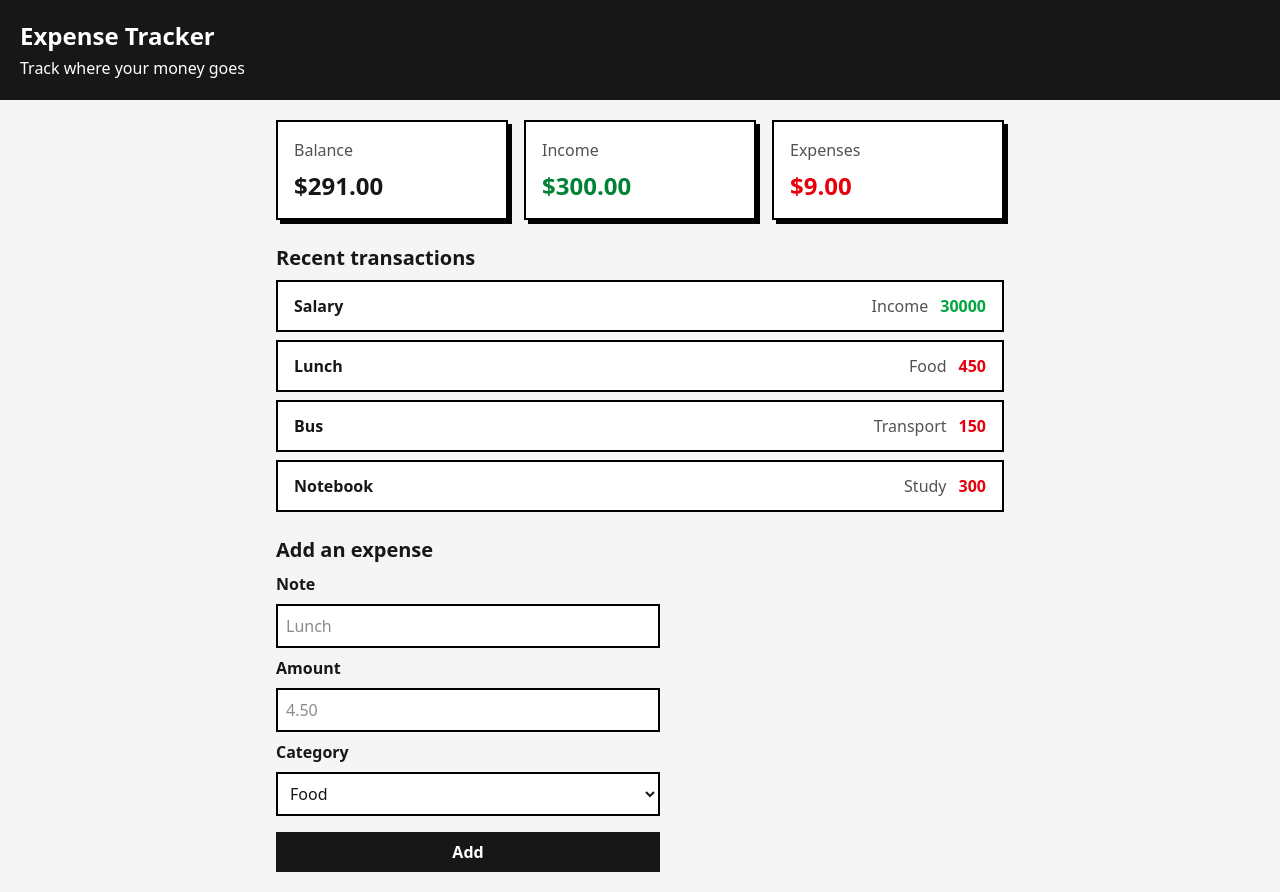
Repository: Keanbunheng/html-basics-Day1_AI
Page: expense-tracker-w2-d4-start/index.html
These files come from the project's save history. The page is drawn as it stood at one moment and after a run of saves; the edit follows.
The browser window is 1280 px wide. The pictures show the whole page.

Above is the page before, as saved 2026-11-17 21:09:36.

### expense-tracker-w2-d4-start/index.html
<!doctype html>
<html lang="en">
  <head>
    <meta charset="UTF-8" />
    <meta name="viewport" content="width=device-width, initial-scale=1.0" />
    <title>Expense Tracker</title>
    <script src="https://cdn.jsdelivr.net/npm/@tailwindcss/browser@4.1.18"></script>
  </head>
  <body class="bg-neutral-100 text-neutral-900">
    <header class="bg-neutral-900 p-5 text-white">
      <h1 class="mb-1 text-2xl font-bold">Expense Tracker</h1>
      <p>Track where your money goes</p>
    </header>

    <main class="mx-auto max-w-3xl p-5">
      <section class="mb-6 flex flex-col gap-4 sm:flex-row">
        <div
          class="flex-1 border-2 border-black bg-white p-4 shadow-[4px_4px_0_#000]"
        >
          <p class="mb-2 text-neutral-600">Balance</p>
          <p class="text-2xl font-bold">$291.00</p>
        </div>
        <div
          class="flex-1 border-2 border-black bg-white p-4 shadow-[4px_4px_0_#000]"
        >
          <p class="mb-2 text-neutral-600">Income</p>
          <p class="text-2xl font-bold text-green-700">$300.00</p>
        </div>
        <div
          class="flex-1 border-2 border-black bg-white p-4 shadow-[4px_4px_0_#000]"
        >
          <p class="mb-2 text-neutral-600">Expenses</p>
          <p class="text-2xl font-bold text-red-600">$9.00</p>
        </div>
      </section>

      <section class="mb-6">
        <h2 class="mb-2 text-xl font-bold">Recent transactions</h2>
        <ul id="list-container">
          <li
            class="mb-2 flex flex-col gap-1 border-2 border-black bg-white px-4 py-3 sm:flex-row sm:justify-between sm:gap-3"
          >
            <span class="flex-1 font-semibold">Salary</span>
            <span class="text-neutral-600">Income</span>
            <span class="font-bold text-green-700">+$300.00</span>
          </li>
          <li
            class="mb-2 flex flex-col gap-1 border-2 border-black bg-white px-4 py-3 sm:flex-row sm:justify-between sm:gap-3"
          >
            <span class="flex-1 font-semibold">Lunch</span>
            <span class="text-neutral-600">Food</span>
            <span class="font-bold text-red-600">-$4.50</span>
          </li>
          <li
            class="mb-2 flex flex-col gap-1 border-2 border-black bg-white px-4 py-3 sm:flex-row sm:justify-between sm:gap-3"
          >
            <span class="flex-1 font-semibold">Bus</span>
            <span class="text-neutral-600">Transport</span>
            <span class="font-bold text-red-600">-$1.50</span>
          </li>
          <li
            class="mb-2 flex flex-col gap-1 border-2 border-black bg-white px-4 py-3 sm:flex-row sm:justify-between sm:gap-3"
          >
            <span class="flex-1 font-semibold">Notebook</span>
            <span class="text-neutral-600">Study</span>
            <span class="font-bold text-red-600">-$3.00</span>
          </li>
        </ul>
      </section>

      <section>
        <h2 class="mb-2 text-xl font-bold">Add an expense</h2>
        <form class="flex max-w-sm flex-col gap-2" id="input">
          <label for="note" class="font-semibold">Note</label>
          <input
            id="note"
            type="text"
            placeholder="Lunch"
            class="border-2 border-black bg-white p-2"
          />

          <label for="amount" class="font-semibold">Amount</label>
          <input
            id="amount"
            type="number"
            step="0.01"
            placeholder="4.50"
            class="border-2 border-black bg-white p-2"
          />

          <label for="category" class="font-semibold">Category</label>
          <select id="category" class="border-2 border-black bg-white p-2">
            <option>Food</option>
            <option>Transport</option>
            <option>Study</option>
            <option>Other</option>
          </select>

          <button
            type="submit"
            class="mt-2 bg-neutral-900 p-2 font-semibold text-white"
            id="Button"
          >
            Add
          </button>
        </form>
      </section>
    </main>
    <script src="app.js"></script>
  </body>
</html>

### expense-tracker-w2-d4-start/app.js
const transactions = [
  {
    id: 1,
    note: 'Salary',
    category: 'Income',
    type: 'income',
    amountCents: 30000,
  },
  { id: 2, note: 'Lunch', category: 'Food', type: 'expense', amountCents: 450 },
  {
    id: 3,
    note: 'Bus',
    category: 'Transport',
    type: 'expense',
    amountCents: 150,
  },
  {
    id: 4,
    note: 'Notebook',
    category: 'Study',
    type: 'expense',
    amountCents: 300,
  },
];

function formatMoney(cents) {
  const sign = cents < 0 ? '-' : '';
  return sign + '$' + (Math.abs(cents) / 100).toFixed(2);
}

function totalCents(list) {
  return list.reduce((sum, tx) => sum + tx.amountCents, 0);
}

function filterByCategory(list, category) {
  return list.filter((tx) => tx.category === category);
}

function filterByType(list, type) {
  return list.filter((tx) => tx.type === type);
}

function summarize(list) {
  const incomeCents = totalCents(filterByType(list, 'income'));
  const expensesCents = totalCents(filterByType(list, 'expense'));
  return {
    incomeCents: incomeCents,
    expensesCents: expensesCents,
    balanceCents: incomeCents - expensesCents,
  };
}

function addTransaction(list, tx) {
  return [...list, tx];
}

// Practice 2 — the AI's totalExpenses, reviewed and fixed:
// whole cents, no off-by-one loop, no duplicated work.
function totalExpenses(list) {
  return totalCents(filterByType(list, 'expense'));
}

const notes = transactions.map((tx) => tx.note);

console.log(formatMoney(transactions[1].amountCents));

// ----- Checks -----
function check(name, actual, expected) {
  const ok = actual === expected;
  console.log(
    ok ? '✓' : '✗',
    name,
    ok ? '' : `(expected ${expected}, got ${actual})`,
  );
}

check('format 450', formatMoney(450), '$4.50');
check('total of all', totalCents(transactions), 30900);
check('Food count', filterByCategory(transactions, 'Food').length, 1);
check('expense count', filterByType(transactions, 'expense').length, 3);
check('balance', summarize(transactions).balanceCents, 29100);
check(
  'new length',
  addTransaction(transactions, {
    id: 5,
    note: 'Coffee',
    category: 'Food',
    type: 'expense',
    amountCents: 250,
  }).length,
  5,
);
check('notes', notes.join(','), 'Salary,Lunch,Bus,Notebook');
check('total expenses', totalExpenses(transactions), 900);

// Edge cases
check('total of empty list', totalCents([]), 0);
check('total expenses of empty list', totalExpenses([]), 0);
check('original list not changed', transactions.length, 4); // after addTransaction

const lists = document.querySelector('#list-container');
lists.innerHTML = transactions
  .map((ele) => {
    let isExpense = true;
    if (ele.type != 'expense') {
      isExpense = false;
    }
    return `
  <li class="mb-2 flex flex-col gap-1 border-2 border-black bg-white px-4 py-3 sm:flex-row sm:justify-between sm:gap-3">
    <span class="flex-1 font-semibold">${ele.note}</span>
    <span class="text-neutral-600">${ele.category}</span>
    <span class="font-bold ${isExpense ? 'text-red-600' : 'text-green-600'}">${ele.amountCents}</span>
  </li>
`;
  })
  .join('');

console.log(lists);

After the next 2 saves:
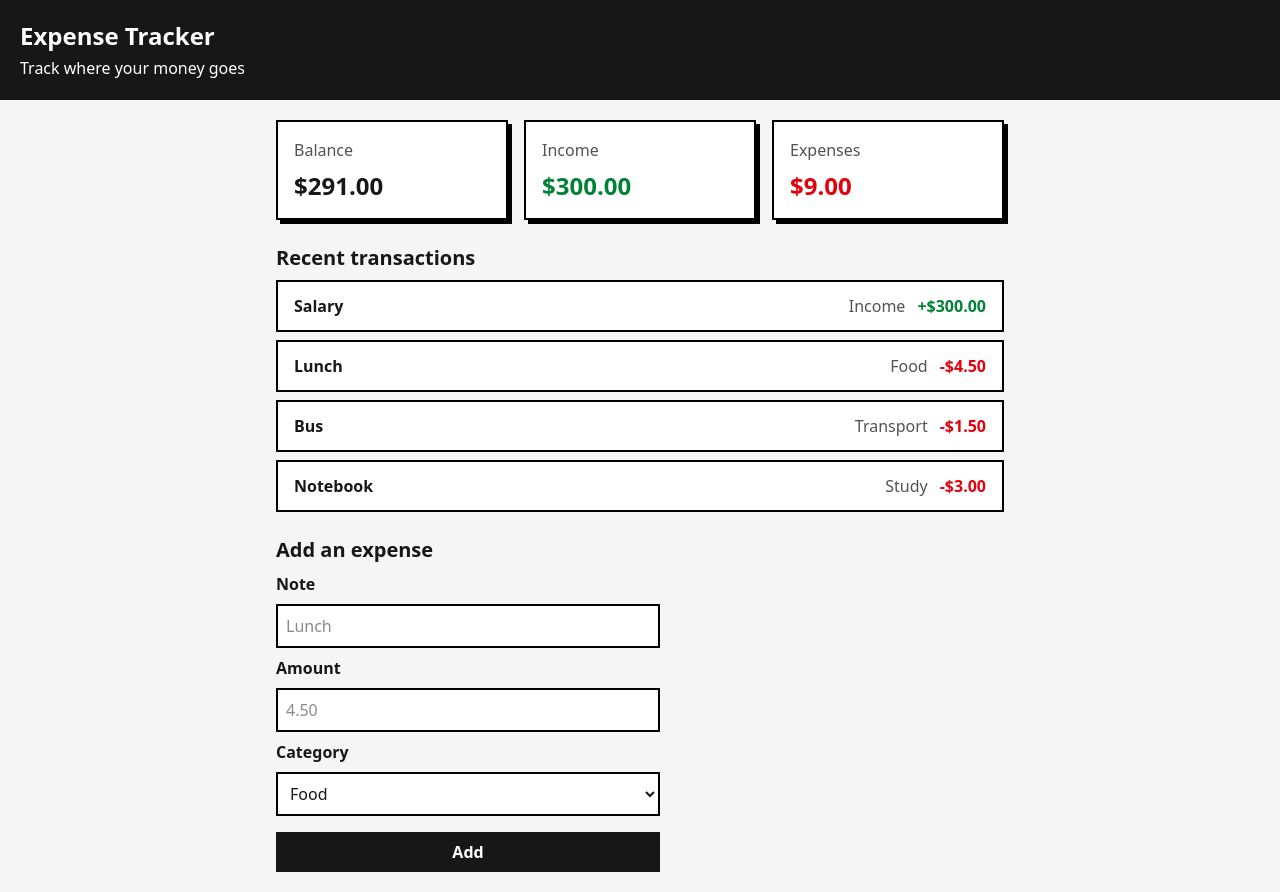
Console error: ReferenceError: is is not defined
The 2 saves are shown as one change because they came seconds apart.
The last was saved 33 s later.
--- a/expense-tracker-w2-d4-start/app.js
+++ b/expense-tracker-w2-d4-start/app.js
@@ -109,7 +109,7 @@ lists.innerHTML = transactions
   <li class="mb-2 flex flex-col gap-1 border-2 border-black bg-white px-4 py-3 sm:flex-row sm:justify-between sm:gap-3">
     <span class="flex-1 font-semibold">${ele.note}</span>
     <span class="text-neutral-600">${ele.category}</span>
-    <span class="font-bold ${isExpense ? 'text-red-600' : 'text-green-600'}">${ele.amountCents}</span>
+    <span class="font-bold ${isExpense ? 'text-red-600' : 'text-green-600'}">${is}$${ele.amountCents}</span>
   </li>
 `;
   })

After the 2 saves that followed:
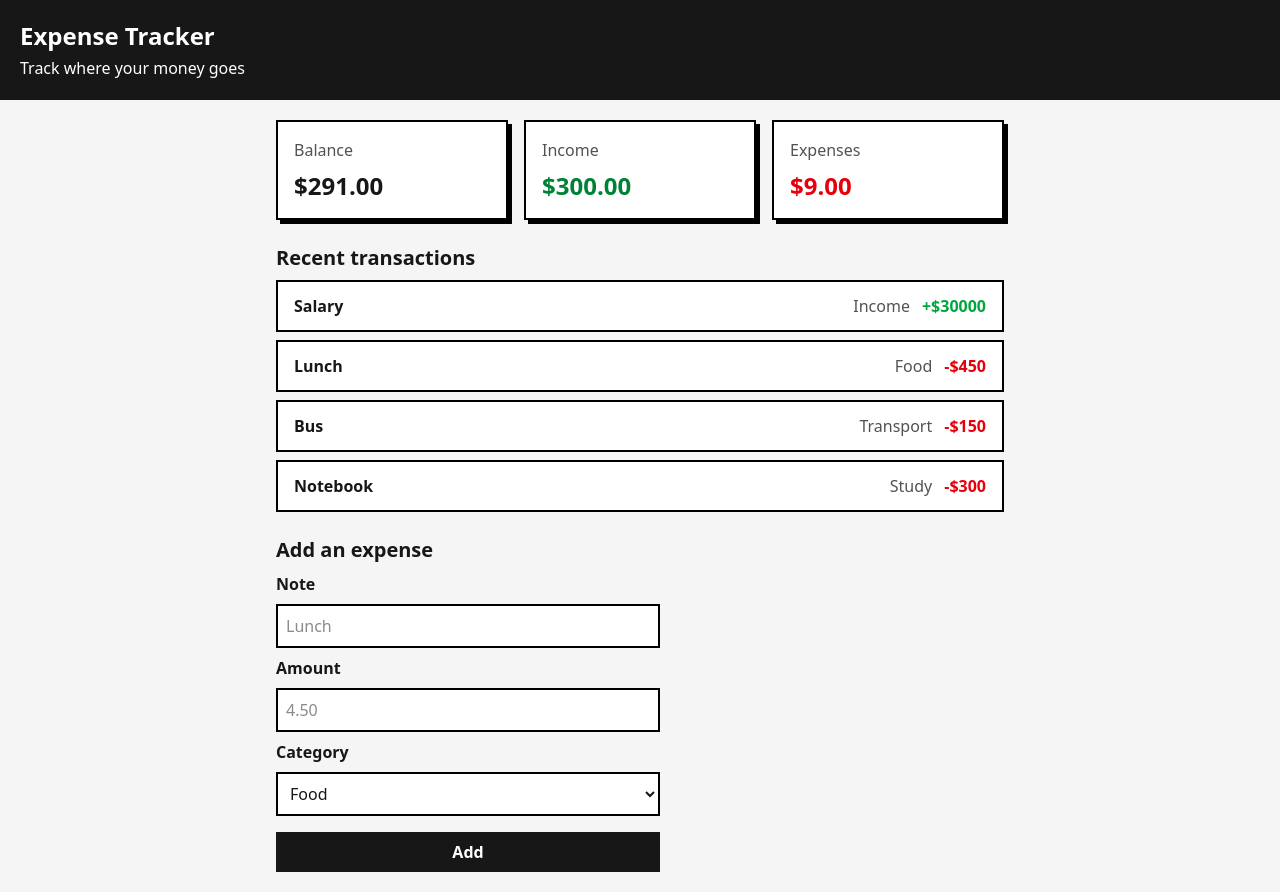
The error is gone.
The 2 saves are shown as one change because 1 left the picture as it was.
The last was saved 13 s later.
--- a/expense-tracker-w2-d4-start/app.js
+++ b/expense-tracker-w2-d4-start/app.js
@@ -109,7 +109,7 @@ lists.innerHTML = transactions
   <li class="mb-2 flex flex-col gap-1 border-2 border-black bg-white px-4 py-3 sm:flex-row sm:justify-between sm:gap-3">
     <span class="flex-1 font-semibold">${ele.note}</span>
     <span class="text-neutral-600">${ele.category}</span>
-    <span class="font-bold ${isExpense ? 'text-red-600' : 'text-green-600'}">${is}$${ele.amountCents}</span>
+    <span class="font-bold ${isExpense ? 'text-red-600' : 'text-green-600'}">${isExpense ? '-' : '+'}$${ele.amountCents}</span>
   </li>
 `;
   })
